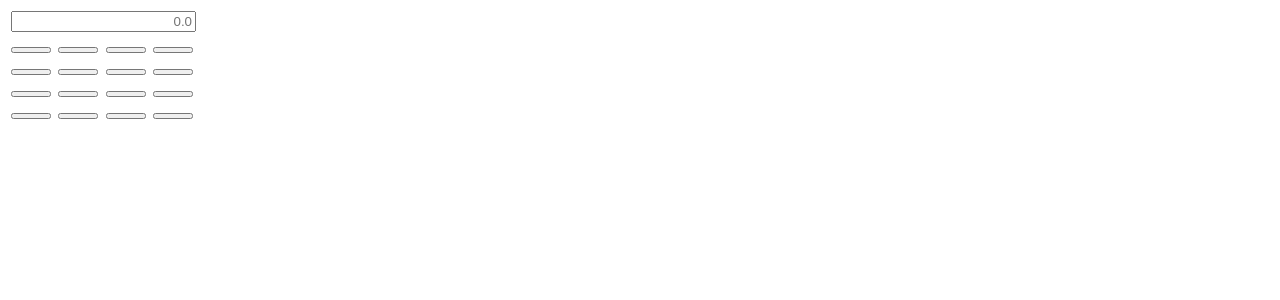
Repository: Seonhanbit/dev
Page: work_frontend/ws_frontend_0903/WebContent/Calculator_jQuery.html
These files come from the project's save history. The page is drawn as it stood at one moment and after the next save; the edit follows.
The browser window is 1280 px wide. The pictures show the whole page.
Some web libraries are served in a nearby version.

Above is the page before, as saved 2019-09-03 05:18:03.
Console error: SyntaxError: missing ) after argument list

### work_frontend/ws_frontend_0903/WebContent/Calculator_jQuery.html
<!DOCTYPE html>
<html>
<head>
<meta charset="UTF-8">
<title>Calculator</title>
<style type="text/css">
button {
	width: 30pt;
	height: 30pt"
}
</style>
<script type="text/javascript" src="http://code.jquery.com/jquery-1.8.1.js"></script>
<script type="text/javascript">
	$(document).ready(function()
	{
		var result = "";
		$(".num").click(function() {
			calc +=$(this).html();
			$("#show").html(calc);
		});
		$("#=").click(function() {
			result = eval(calc);
			$("#show").html(result);
		});
		$("#CE").click(function() {
			result = '';
			calc = '';
			$("#show").html(result);
		});
	}
</script>
</head>
<body>
	<table>
		<tr>
			<td colspan="4"><Input style="text-align: right" type="text"
				id='show' name='user' placeholder="0.0" /></td>
		</tr>
		<tr>
			<td><button class = 'num' id='7' value="7" onclick="view('7')"></button></td>
			<td><button class = 'num' id='8' value="8" onclick="view('8')"></button></td>
			<td><button class = 'num' id='9' value="9" onclick="view('9')"></button></td>
			<td><button class = 'num' id='+' value="+" onclick="view('+')"></button></td>
		</tr>
		<tr>

			<td><button class = 'num' id='4' value="4" onclick="view('4')"></button></td>
			<td><button class = 'num' id='5' value="5" onclick="view('5')"></button></td>
			<td><button class = 'num' id='6' value="6" onclick="view('6')"></button></td>
			<td><button class = 'num' id='-' value="-" onclick="view('-')"></button></td>
		</tr>
		<tr>
			<td><button class = 'num' id='1' value="1" onclick="view('1')"></button></td>
			<td><button class = 'num' id='2' value="2" onclick="view('2')"></button></td>
			<td><button class = 'num' id='3' value="3" onclick="view('3')"></button></td>
			<td><button class = 'num' id='*' value="*" onclick="view('*')"></button></td>
		</tr>
		<tr>
			<td><button class = 'num' id='0' value="0" onclick="view('0')"></button></td>
			<td><button id='CE' value="CE" onclick="clearAll()"></button></td>
			<td><button id='=' value="=" onclick="showResult()"></button></td>
			<td><button class = 'num' id='/' value="/" onclick="view('/')"></button></td>
		</tr>
	</table>
</body>
</html>

After the next save:
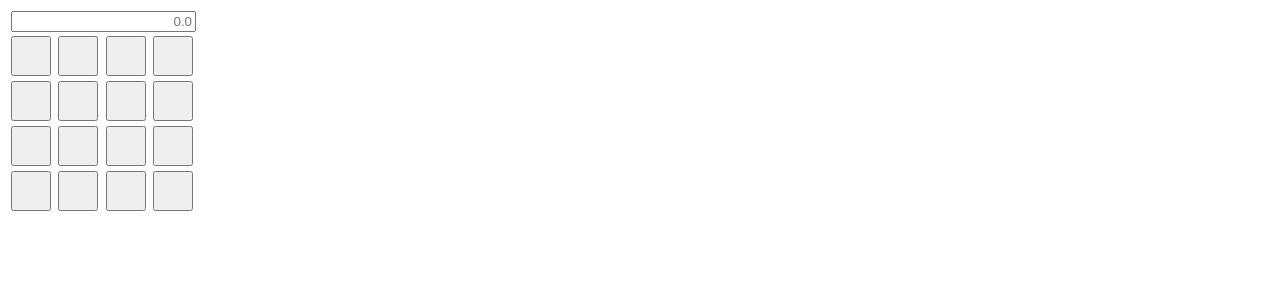
Saved 7 s later.
--- a/work_frontend/ws_frontend_0903/WebContent/Calculator_jQuery.html
+++ b/work_frontend/ws_frontend_0903/WebContent/Calculator_jQuery.html
@@ -6,7 +6,7 @@
 <style type="text/css">
 button {
 	width: 30pt;
-	height: 30pt"
+	height: 30pt;
 }
 </style>
 <script type="text/javascript" src="http://code.jquery.com/jquery-1.8.1.js"></script>
